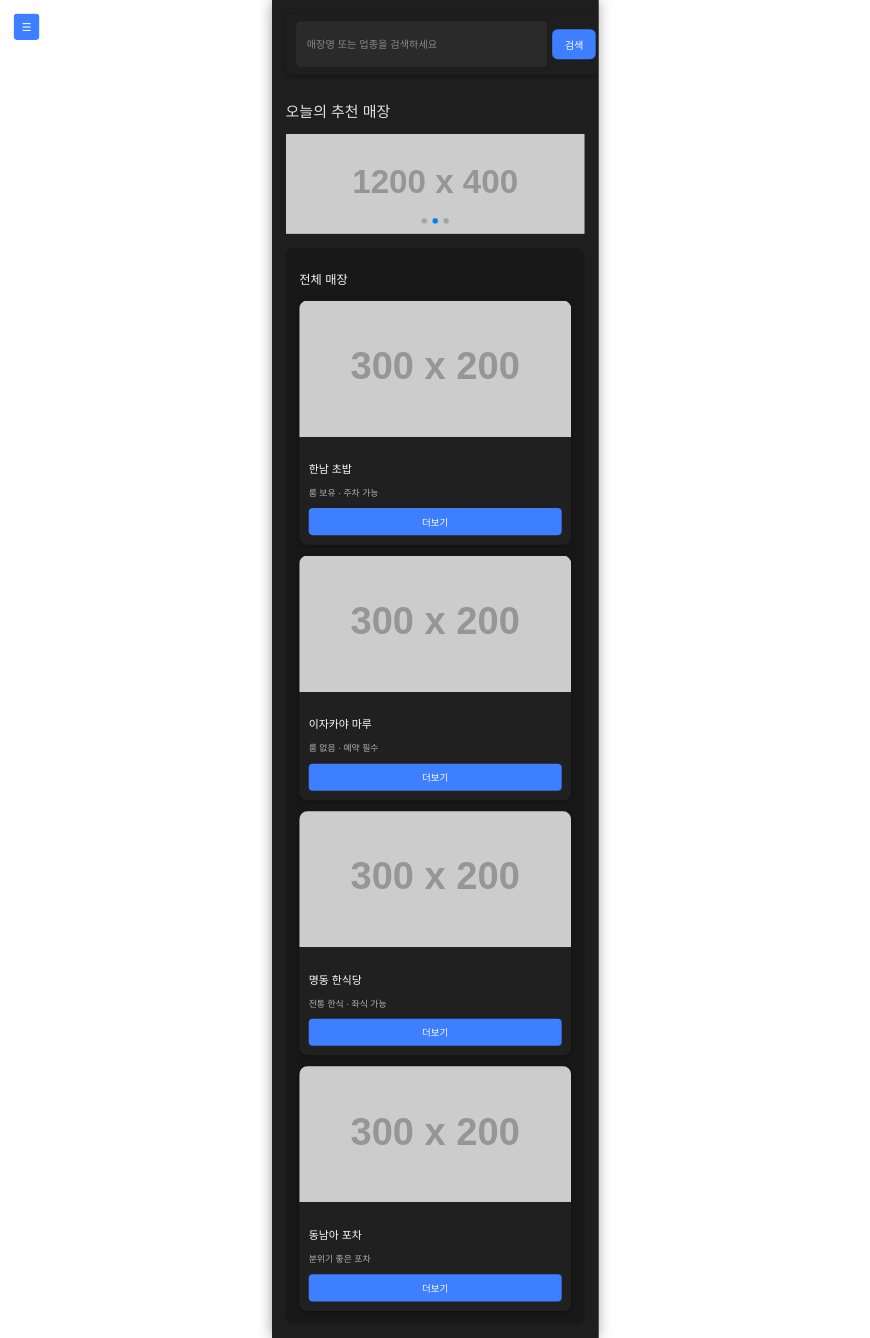
Repository: noiredex/Choplan-API
Page: / (app in choplan/frontend_main/)
These files come from the project's save history. The page is drawn as it stood at one moment and after the next save; the edit follows.
The browser window is 1280 px wide. The pictures show the whole page, at 68% of full size.
The project was rebuilt for these pictures with package versions that can differ from the ones it lists, and the page was loaded fresh each time. Also part of the build but not shown: choplan/frontend_main/vite.config.js, choplan/frontend_main/vite.config.ts, choplan/frontend_main/src/styles/StoreDetailPage.css, choplan/frontend_main/src/pages/StoreDetailPage.jsx.

Above is the page before, as saved 2025-10-27 17:38:51.

### choplan/frontend_main/index.html
<!doctype html>
<html lang="en">
  <head>
    <meta charset="UTF-8" />
    <link rel="icon" type="image/svg+xml" href="/vite.svg" />
    <meta name="viewport" content="width=device-width, initial-scale=1.0" />
    <title>frontend_main</title>
  </head>
  <body>
    <div id="root"></div>
    <script type="module" src="/src/main.jsx"></script>
  </body>
</html>

### choplan/frontend_main/src/App.jsx
import { Routes, Route } from "react-router-dom";
import HomePage from "./pages/HomePage";
import StoreDetailPage from "./pages/StoreDetailPage";
import "./App.css";

export default function App() {
  return (
    <Routes>
      <Route path="/" element={<HomePage />} />
      <Route path="/store/:id" element={<StoreDetailPage />} />
    </Routes>
  );
}

### choplan/frontend_main/src/pages/Homepage.jsx
import React, { useState } from "react";
import Sidebar from "../components/common/Sidebar";
import SearchBar from "../components/home/SearchBar";
import BannerSlider from "../components/home/BannerSlider";
import RecommendedStores from "../components/home/RecommendedStores";
import "../styles/HomePage.css";

export default function HomePage() {
  const [selectedCategory, setSelectedCategory] = useState("전체");
  const [searchQuery, setSearchQuery] = useState("");

  return (
    <div className="home-container">
      {/* 사이드바 */}
      <Sidebar
        selectedCategory={selectedCategory}
        onSelectCategory={setSelectedCategory}
        searchQuery={searchQuery}
      />

      {/* 메인 콘텐츠 */}
      <div className="main-content">
        <SearchBar onSearch={setSearchQuery} />

        {/* 추천 배너 */}
        <section className="banner-section">
          <h2>오늘의 추천 매장</h2>
          <BannerSlider />
        </section>

        {/* 매장 목록 */}
        <section className="store-section">
          <RecommendedStores
            category={selectedCategory}
            searchQuery={searchQuery}
          />
        </section>
      </div>
    </div>
  );
}

### choplan/frontend_main/src/App.css
/* ==============================
   App.css — 전역 스타일
   ============================== */

/* 기본 페이지 레이아웃 */
html, body {
  margin: 0;
  padding: 0;
  background-color: #181818; /* Soft Charcoal */
  color: #E0E0E0;
  font-family: 'Noto Sans KR', sans-serif;
  display: flex;
  justify-content: center;
}

/* 전체 앱을 중앙에 고정 (모바일 480px 기준) */
#root {
  width: 100%;
  max-width: 480px;
  min-height: 100vh;
  background-color: #1E1E1E;
  box-shadow: 0 0 20px rgba(0, 0, 0, 0.4);
  overflow-x: hidden;
  position: relative;
}

/* 스크롤바 다크모드 스타일 */
::-webkit-scrollbar {
  width: 6px;
}
::-webkit-scrollbar-track {
  background: #1a1a1a;
}
::-webkit-scrollbar-thumb {
  background: #444;
  border-radius: 4px;
}
::-webkit-scrollbar-thumb:hover {
  background: #555;
}

/* 공통 버튼 스타일 */
button {
  background-color: #3D7FFF;
  color: white;
  border: none;
  border-radius: 8px;
  padding: 10px 16px;
  cursor: pointer;
  transition: background-color 0.2s ease;
}
button:hover {
  background-color: #5596FF;
}

/* 링크 */
a {
  text-decoration: none;
  color: inherit;
}

### choplan/frontend_main/src/components/common/Sidebar.jsx
import React, { useState, useEffect } from "react";
import "../../styles/Sidebar.css";

export default function Sidebar({ selectedCategory, onSelectCategory, searchQuery }) {
  const [isOpen, setIsOpen] = useState(false);

  const categories = [
    "전체",
    "이자카야",
    "초밥",
    "한식",
    "양식",
    "중식",
    "동남아",
    "인도",
    "기타",
  ];

  // 검색어에 따라 자동 카테고리 선택
  useEffect(() => {
    if (searchQuery && searchQuery.trim() !== "") {
      const matched = categories.find((cat) => searchQuery.includes(cat));
      if (matched) onSelectCategory(matched);
    }
  }, [searchQuery]);

  return (
    <>
      {/* 햄버거 버튼 (항상 노출) */}
      <button
        className="sidebar-toggle"
        onClick={() => setIsOpen(!isOpen)}
        aria-label="메뉴 열기"
      >
        ☰
      </button>

      {/* 오버레이 (열릴 때만) */}
      {isOpen && <div className="overlay" onClick={() => setIsOpen(false)}></div>}

      {/* 세로형 사이드바 */}
      <aside className={`sidebar ${isOpen ? "open" : ""}`}>
        <ul className="sidebar-list">
          {categories.map((category, index) => (
            <li
              key={index}
              className={selectedCategory === category ? "active" : ""}
              onClick={() => {
                onSelectCategory(category);
                setIsOpen(false);
              }}
            >
              {category}
            </li>
          ))}
        </ul>
      </aside>
    </>
  );
}

### choplan/frontend_main/src/components/home/SearchBar.jsx
import React, { useState } from "react";
import "../../styles/SearchBar.css";

export default function SearchBar({ onSearch }) {
  const [query, setQuery] = useState("");

  const handleInputChange = (e) => {
    setQuery(e.target.value);
  };

  const handleSearch = (e) => {
    e.preventDefault();
    onSearch(query);
  };

  return (
    <form className="search-bar" onSubmit={handleSearch}>
      <input
        type="text"
        placeholder="매장명 또는 업종을 검색하세요"
        value={query}
        onChange={handleInputChange}
      />
      <button type="submit">검색</button>
    </form>
  );
}

### choplan/frontend_main/src/components/home/BannerSlider.jsx
import React from "react";
import { Swiper, SwiperSlide } from "swiper/react";
import { Autoplay, Pagination } from "swiper/modules";
import "swiper/css";
import "swiper/css/pagination";
import "../../styles/BannerSlider.css";

export default function BannerSlider() {
  const banners = [
    {
      id: 1,
      img: "https://placehold.co/1200x400/007bff/ffffff?text=오늘의+추천매장+1",
      alt: "추천 매장 1",
    },
    {
      id: 2,
      img: "https://placehold.co/1200x400/f07b00/ffffff?text=오늘의+추천매장+2",
      alt: "추천 매장 2",
    },
    {
      id: 3,
      img: "https://placehold.co/1200x400/008c4a/ffffff?text=오늘의+추천매장+3",
      alt: "추천 매장 3",
    },
  ];

  return (
    <div className="banner-slider-container">
      <Swiper
        modules={[Autoplay, Pagination]}
        pagination={{ clickable: true }}
        autoplay={{ delay: 4000, disableOnInteraction: false }}
        loop={true}
        spaceBetween={0}
        slidesPerView={1}
        className="banner-swiper"
      >
        {banners.map((banner) => (
          <SwiperSlide key={banner.id}>
            <img
              src={banner.img}
              alt={banner.alt}
              className="banner-image"
            />
          </SwiperSlide>
        ))}
      </Swiper>
    </div>
  );
}

### choplan/frontend_main/src/components/home/RecommendedStores.jsx
import React, { useEffect, useState } from "react";
import { useNavigate } from "react-router-dom";
import "../../styles/RecommendedStores.css";

export default function RecommendedStores({ category, searchQuery }) {
  const [stores, setStores] = useState([]);
  const navigate = useNavigate(); // 페이지 이동 훅

  // 예시 데이터 (실제 API 연결 시 이 부분 대체)
  const allStores = [
    { id: 1, name: "한남 초밥", category: "초밥", desc: "룸 보유 · 주차 가능", img: "https://placehold.co/300x200" },
    { id: 2, name: "이자카야 마루", category: "이자카야", desc: "룸 없음 · 예약 필수", img: "https://placehold.co/300x200" },
    { id: 3, name: "명동 한식당", category: "한식", desc: "전통 한식 · 좌식 가능", img: "https://placehold.co/300x200" },
    { id: 4, name: "동남아 포차", category: "동남아", desc: "분위기 좋은 포차", img: "https://placehold.co/300x200" },
  ];

  useEffect(() => {
    let filtered = allStores;

    // 검색어 반영
    if (searchQuery) {
      filtered = filtered.filter((store) =>
        store.name.toLowerCase().includes(searchQuery.toLowerCase())
      );
    }

    // 카테고리 반영
    if (category && category !== "전체") {
      filtered = filtered.filter((store) => store.category === category);
    }

    setStores(filtered);
  }, [category, searchQuery]);

  return (
    <div className="recommended-stores">
      <h2>{category ? category : "전체"} 매장</h2>

      <div className="store-grid">
        {stores.length > 0 ? (
          stores.map((store) => (
            <div className="store-card" key={store.id}>
              <img src={store.img} alt={store.name} />
              <div className="store-info">
                <h3>{store.name}</h3>
                <p>{store.desc}</p>
                <button onClick={() => navigate(`/store/${store.id}`)}>더보기</button>
              {/* 더보기 클릭시 /store/매장id 페이지로 이동 */}
              </div>
            </div>
          ))
        ) : (
          <p className="no-results">검색 결과가 없습니다.</p>
        )}
      </div>
    </div>
  );
}

### choplan/frontend_main/src/styles/HomePage.css
/* ===== 기본 구조 ===== */
.home-container {
  display: flex;
  flex-direction: row; /* Sidebar + Main Content 가 가로로 배치 */
  align-items: stretch;
  justify-content: flex-start;
  width: 100%;
  min-height: 100vh;
  background-color: #1E1E1E;
  color: #E0E0E0;
  overflow: hidden;
  box-sizing: border-box;
}

/* ===== 사이드바 ===== */
.sidebar {
  width: 250px;
  min-width: 200px;
  max-width: 280px;
  background-color: #202020;
  border-right: 1px solid #2c2c2c;
  overflow-y: auto;
  transition: all 0.3s ease;
}

.sidebar-list {
  list-style: none;
  margin: 0;
  padding: 0;
}

.sidebar-list li {
  padding: 14px 18px;
  border-bottom: 1px solid #2b2b2b;
  cursor: pointer;
  color: #E0E0E0;
  transition: background 0.2s, color 0.2s;
}

.sidebar-list li:hover,
.sidebar-list li.active {
  background-color: #2a2a2a;
  color: #3D7FFF;
}

/* ===== 메인 콘텐츠 ===== */
.main-content {
  flex: 1;
  display: flex;
  flex-direction: column;
  justify-content: flex-start;
  align-items: stretch;
  padding: 24px 40px;
  overflow-y: auto;
  background-color: #1E1E1E;
  transition: all 0.3s ease;
}

/* 검색창 */

.search-bar {
  margin-bottom: 20px;
}

.search-bar input {
  width: 100%;
  padding: 10px 14px;
  border: 1px solid #333;
  border-radius: 6px;
  background-color: #2a2a2a;
  font-size: 15px;
}

.search-bar input::placeholder {
  color: #888;
}

/* ===== 베너 섹션 ===== */
.benner-section {
  text-align: center;
  margin-top: 20px;
  margin-bottom: 30px;
  display: flex;
  flex-direction: column;
  align-items: center;
}

.banner-section h2 {
  font-size: 22px;
  font-weight: 700;
  color: #E0E0E0;
  margin-bottom: 16px;
}

.banner-section .swiper-container {
  width: 100%;
  max-width: 440px;
  aspect-ratio: 16 / 9;
  border-radius: 12px;
  overflow: hidden;
  object-fit: cover;
  height: auto !important;
  flex-shrink: 0;
}

.banner-section .swiper-slide img {
  width: 100%;
  height: 100%;
  object-fit: cover;
  display: block;
}

/* ===== 추천 매장 섹션 ===== */
.store-section {
  width: 100%;
  margin-top: 20px;
  flex-grow: 1;
}

  /* 반응형 (480px 고정 중앙 정렬) */
  @media (min-width: 1025px) {
    body {
      display: flex;
      justify-content: center;
      background-color: #181818;
    }

    #root {
      width: 480px;
    }

    .home-container {
      flex-direction: column;
      width: 100%;
      max-width: 480px;
      margin: 0 auto;
    }

    .main-content {
      padding: 20px;
    }
  }

  /* 모바일 (<=600px) */

  @media (max-width: 600px) {
    .banner-section h2 {
      font-size: 18px;
    }

    .main-content {
      padding: 12px;
    }
  }


/* 반응형 대응 */
/* ===== PC / 데스크탑 (>=1025px) =====
@media (min-width: 1025px) {
  .home-container {
    flex-direction: row;
  }

  .main-content {
    /* padding: 24px 40px;
  }

  .banner-section h2 {
  font-size: 24px;
  }

  .benner-section .swiper-container {
    aspect-ratio: 16 / 9;
    border-radius: 12px;
    }
  }

  ===== 태블릿 (<=1024px) =====
@media (max-width: 1024px) {
  .home-container {
    flex-direction: column;
  }

  .sidebar {
    width: 100%;
    height: auto;
    border-right: none;
    border-bottom: 1px solid #ddd;
  }

  .sidebar-list {
    display: flex;
    flex-wrap: nowrap;
    overflow-x: auto;
  }

  .sidebar-list li {
    flex: 0 0 auto;
    border-bottom: none;
    border-right: 1px solid #eee;
    white-space: nowrap;
  }

  .main-content {
    padding: 16px;
  }

  .banner-section h2 {
    font-size: 20px;
  }
}

  ===== 모바일 (<=600px) =====
@media (max-width: 600px) {
  .home-container {
    flex-direction: column;
  }

  .banner-section h2 {
    font-size: 18px;
  }

  .sidebar-list li {
    font-size: 14px;
    padding: 10px 12px;
  }

  .main-content {
    padding: 10px;
  }

  .search-bar input {
    width: 100%;
    font-size: 14px;
  }
} */

### choplan/frontend_main/src/styles/Sidebar.css
/* ==============================
   Sidebar.css — 카테고리 & 햄버거 버튼
   ============================== */

/* ===== 사이드바 전체 ===== */
.sidebar {
  position: fixed;
  top: 0;
  left: 0;
  width: 220px;
  height: 100%;
  background: #202020; /* Soft Charcoal */
  border-right: 1px solid #2c2c2c;
  overflow-y: auto;
  transform: translateX(-100%);
  transition: transform 0.3s ease-in-out;
  z-index: 1000;
}

/* 열렸을 때 */
.sidebar.open {
  transform: translateX(0);
}

/* ===== 햄버거 버튼 ===== */
.sidebar-toggle {
  position: fixed;
  top: 20px;
  left: 20px;
  z-index: 1100;
  background: #3D7FFF;
  color: white;
  border: none;
  border-radius: 6px;
  padding: 10px 12px;
  font-size: 16px;
  cursor: pointer;
  transition: background 0.2s ease;
}

.sidebar-toggle:hover {
  background: #5596FF;
}

/* ===== 카테고리 리스트 ===== */
.sidebar-list {
  list-style: none;
  margin: 70px 0 0 0; /* 버튼 아래쪽 여백 확보 */
  padding: 0;
  display: flex;
  flex-direction: column;
}

.sidebar-list li {
  padding: 14px 18px;
  color: #E0E0E0;
  font-size: 15px;
  cursor: pointer;
  border-bottom: 1px solid #2b2b2b;
  transition: all 0.2s ease;
}

.sidebar-list li:hover {
  background-color: #2a2a2a;
}

.sidebar-list li.active {
  background-color: #3D7FFF;
  color: #fff;
  font-weight: 600;
}

/* “전체” 항목 상단 고정 */
.sidebar-list li:first-child {
  position: sticky;
  top: 0;
  background: #202020;
  z-index: 3;
  font-weight: bold;
  border-bottom: 1px solid #2c2c2c;
}

/* ===== 스크롤바 ===== */
.sidebar-list::-webkit-scrollbar {
  width: 6px;
}
.sidebar-list::-webkit-scrollbar-thumb {
  background: #333;
  border-radius: 3px;
}
.sidebar-list::-webkit-scrollbar-thumb:hover {
  background: #444;
}

/* ===== 반응형 ===== */
@media (max-width: 1024px) {
  .sidebar {
    width: 220px;
  }
}

@media (max-width: 600px) {
  .sidebar {
    width: 200px;
  }

  .sidebar-list li {
    font-size: 14px;
    padding: 12px 14px;
  }

  .sidebar-toggle {
    padding: 8px 10px;
    font-size: 14px;
    top: 15px;
    left: 15px;
  }
}

### choplan/frontend_main/src/styles/SearchBar.css
.search-bar {
  width: 100%;
  max-width: 480px;
  margin: 0 auto 16px auto;
  display: flex;
  align-items: center;
  justify-content: center;
  gap: 8px; /* input과 버튼 사이 간격 */
  background-color: #1E1E1E; /* Soft Charcoal */
  padding: 12px 16px;
  border-radius: 10px;
  box-shadow: 0 2px 8px rgba(0, 0, 0, 0.35);
  transition: all 0.3s ease;
}

/* ====== 검색 입력 ====== */
.search-bar input {
  flex: 1;
  height: 44px; /* 버튼과 동일 높이 */
  padding: 0 14px;
  border: 1px solid #333;
  border-radius: 8px;
  font-size: 15px;
  color: #EAEAEA;
  background-color: #2A2A2A;
  outline: none;
  transition: all 0.3s ease;
}

.search-bar input::placeholder {
  color: #888;
  font-weight: 400;
}

.search-bar input:focus {
  border-color: #3D7FFF;
  box-shadow: 0 0 6px rgba(61, 127, 255, 0.6);
  background-color: #252525;
}

/* ====== 검색 버튼 ====== */
.search-bar button {
  height: 44px; /* input과 동일 높이 */
  padding: 0 18px;
  background-color: #3D7FFF;
  color: white;
  border: none;
  border-radius: 8px;
  font-size: 15px;
  font-weight: 500;
  cursor: pointer;
  transition: background-color 0.2s ease, transform 0.1s ease;
}

.search-bar button:hover {
  background-color: #5596FF;
  transform: translateY(-2px);
}

/* ====== 반응형 ====== */
@media (min-width: 1025px) {
  .search-bar {
    max-width: 480px;
  }
}

@media (max-width: 600px) {
  .search-bar {
    padding: 10px 12px;
    gap: 6px;
  }

  .search-bar input,
  .search-bar button {
    height: 40px;
    font-size: 14px;
  }

  .search-bar button {
    padding: 0 14px;
  }
}

### choplan/frontend_main/src/styles/BannerSlider.css
/* ==============================
   BannerSlider.css — 자동 슬라이드 배너
   ============================== */

/* ===== 배너 전체 ===== */
.banner-slider {
  position: relative;
  width: 100%;
  max-width: 440px;
  margin: 0 auto;
  border-radius: 12px;
  overflow: hidden;
  background-color: #2A2A2A;
  box-shadow: 0 4px 10px rgba(0, 0, 0, 0.3);
}

/* ===== 슬라이드 이미지 ===== */
.banner-slide {
  width: 100%;
  aspect-ratio: 16 / 9;
  display: flex;
  align-items: center;
  justify-content: center;
  background-color: #1E1E1E;
}

.banner-slide img {
  width: 100%;
  height: 100%;
  object-fit: cover;
  display: block;
}

/* ===== 인디케이터 점 ===== */
.banner-indicators {
  position: absolute;
  bottom: 12px;
  left: 50%;
  transform: translateX(-50%);
  display: flex;
  gap: 6px;
  z-index: 10;
}

.indicator {
  width: 8px;
  height: 8px;
  background-color: rgba(255, 255, 255, 0.4);
  border-radius: 50%;
  cursor: pointer;
  transition: background-color 0.3s;
}

.indicator.active {
  background-color: #3D7FFF;
}

/* ===== 슬라이드 전환 효과 ===== */
.swiper-slide {
  transition: transform 0.6s ease-in-out;
}

/* ===== 반응형 ===== */
@media (min-width: 1025px) {
  body {
    display: flex;
    justify-content: center;
    background-color: #181818;
  }

  #root {
    width: 480px;
  }

  .banner-slider {
    max-width: 480px;
  }
}

@media (max-width: 600px) {
  .banner-slider {
    max-width: 95%;
  }

  .banner-indicators {
    bottom: 8px;
  }

  .indicator {
    width: 7px;
    height: 7px;
  }
}

### choplan/frontend_main/src/styles/RecommendedStores.css
/* ==============================
   RecommendedStores.css — 매장 목록
   ============================== */

.recommended-stores {
  padding: 20px;
  background-color: #181818; /* Soft Charcoal */
  color: #E0E0E0;
  max-width: 480px;
  margin: 0 auto;
  border-radius: 12px;
}

/* 섹션 제목 */
.recommended-stores h2 {
  font-size: 18px;
  font-weight: 600;
  margin-bottom: 16px;
  text-align: left;
  color: #F5F5F5;
}

/* ===== 매장 카드 컨테이너 ===== */
.store-grid {
  display: flex;
  flex-direction: column;
  gap: 16px;
}

/* ===== 각 매장 카드 ===== */
.store-card {
  background: #202020;
  border-radius: 12px;
  overflow: hidden;
  box-shadow: 0 2px 8px rgba(0, 0, 0, 0.35);
  transition: transform 0.2s ease, box-shadow 0.2s ease;
  width: 100%;
}

.store-card:hover {
  transform: translateY(-4px);
  box-shadow: 0 4px 12px rgba(0, 0, 0, 0.45);
}

/* 이미지 */
.store-card img {
  width: 100%;
  height: 200px;
  object-fit: cover;
  background-color: #2a2a2a;
}

/* 매장 정보 */
.store-info {
  padding: 14px;
}

.store-info h3 {
  font-size: 16px;
  margin-bottom: 8px;
  color: #FFFFFF;
}

.store-info p {
  font-size: 13px;
  color: #B0B0B0;
  margin-bottom: 12px;
}

/* 더보기 버튼 */
.store-info button {
  width: 100%;
  padding: 10px 0;
  border: none;
  border-radius: 6px;
  background-color: #3D7FFF;
  color: white;
  font-size: 14px;
  font-weight: 500;
  cursor: pointer;
  transition: background-color 0.2s ease, transform 0.1s ease;
}

.store-info button:hover {
  background-color: #5596FF;
  tran

Loaded but not shown: choplan/frontend_main/src/main.jsx (common file); choplan/frontend_main/src/index.css (common file)

After the next save:
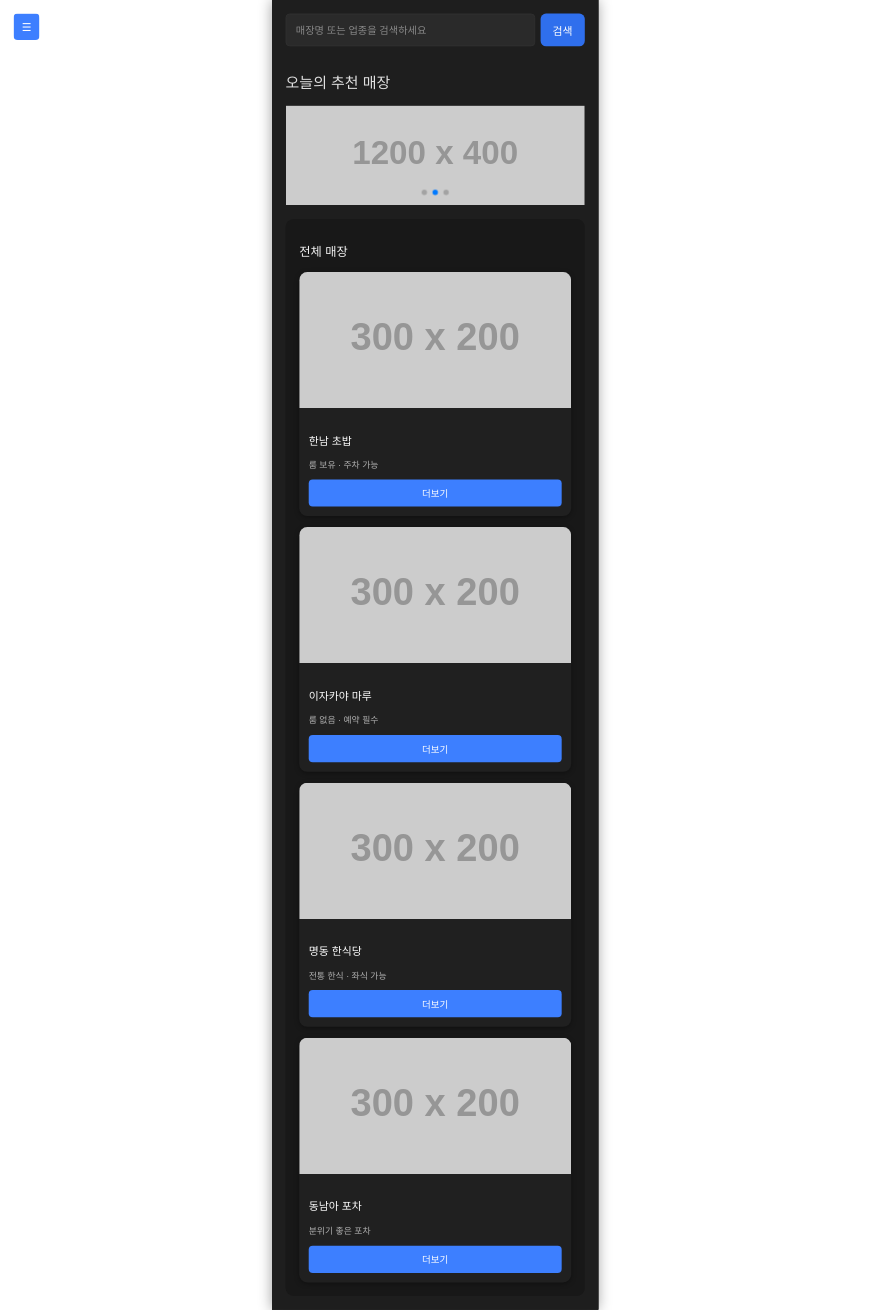
Saved 39 h 49 min later.
--- a/choplan/frontend_main/src/styles/SearchBar.css
+++ b/choplan/frontend_main/src/styles/SearchBar.css
@@ -1,82 +1,42 @@
 .search-bar {
+  display: flex;
+  align-items: center; /* 세로 중앙 정렬 */
+  justify-content: center;
   width: 100%;
-  max-width: 480px;
-  margin: 0 auto 16px auto;
-  display: flex;
-  align-items: center;
-  justify-content: center;
-  gap: 8px; /* input과 버튼 사이 간격 */
-  background-color: #1E1E1E; /* Soft Charcoal */
-  padding: 12px 16px;
-  border-radius: 10px;
-  box-shadow: 0 2px 8px rgba(0, 0, 0, 0.35);
-  transition: all 0.3s ease;
+  max-width: 600px;
+  margin: 0 auto;
 }
 
-/* ====== 검색 입력 ====== */
 .search-bar input {
   flex: 1;
-  height: 44px; /* 버튼과 동일 높이 */
+  height: 48px; /* 버튼과 동일 높이 */
   padding: 0 14px;
-  border: 1px solid #333;
+  border: 1px solid #444;
   border-radius: 8px;
-  font-size: 15px;
-  color: #EAEAEA;
-  background-color: #2A2A2A;
+  background-color: #1f1f1f;
+  color: #f0f0f0;
+  font-size: 16px;
   outline: none;
-  transition: all 0.3s ease;
+  box-sizing: border-box;
 }
 
 .search-bar input::placeholder {
-  color: #888;
-  font-weight: 400;
+  color: #aaa;
 }
 
-.search-bar input:focus {
-  border-color: #3D7FFF;
-  box-shadow: 0 0 6px rgba(61, 127, 255, 0.6);
-  background-color: #252525;
-}
-
-/* ====== 검색 버튼 ====== */
 .search-bar button {
-  height: 44px; /* input과 동일 높이 */
+  height: 48px; /* input과 완전 동일 높이 */
   padding: 0 18px;
-  background-color: #3D7FFF;
+  border: none;
+  background-color: #2f6fed;
   color: white;
-  border: none;
+  font-size: 16px;
   border-radius: 8px;
-  font-size: 15px;
-  font-weight: 500;
+  margin-left: 8px; /* input과의 간격 */
   cursor: pointer;
-  transition: background-color 0.2s ease, transform 0.1s ease;
+  transition: background-color 0.2s ease;
 }
 
 .search-bar button:hover {
-  background-color: #5596FF;
-  transform: translateY(-2px);
+  background-color: #1d56c4;
 }
-
-/* ====== 반응형 ====== */
-@media (min-width: 1025px) {
-  .search-bar {
-    max-width: 480px;
-  }
-}
-
-@media (max-width: 600px) {
-  .search-bar {
-    padding: 10px 12px;
-    gap: 6px;
-  }
-
-  .search-bar input,
-  .search-bar button {
-    height: 40px;
-    font-size: 14px;
-  }
-
-  .search-bar button {
-    padding: 0 14px;
-  }
-}
